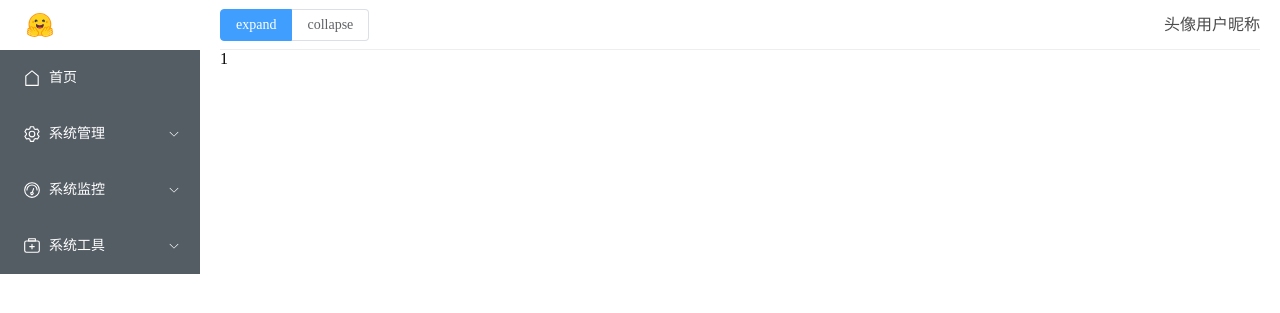
Repository: 202100202078/SignInBox
Page: /admin/system
These files come from the project's save history. The page is drawn as it stood at one moment and after the next save; the edit follows.
The browser window is 1280 px wide. The pictures show the whole page.
The project was rebuilt for these pictures with package versions that can differ from the ones it lists, and the page was loaded fresh each time. Also part of the build but not shown: vite.config.js, src/components/FilterLayout.vue, src/components/PageFooter.vue, src/components/TableLayout.vue, src/components/ToolTip.vue, src/assets/fonts/iconfont/iconfont.js, src/assets/style/variables.module.scss.

Above is the page before, as saved 2024-01-29 18:26:08.

After the next save:
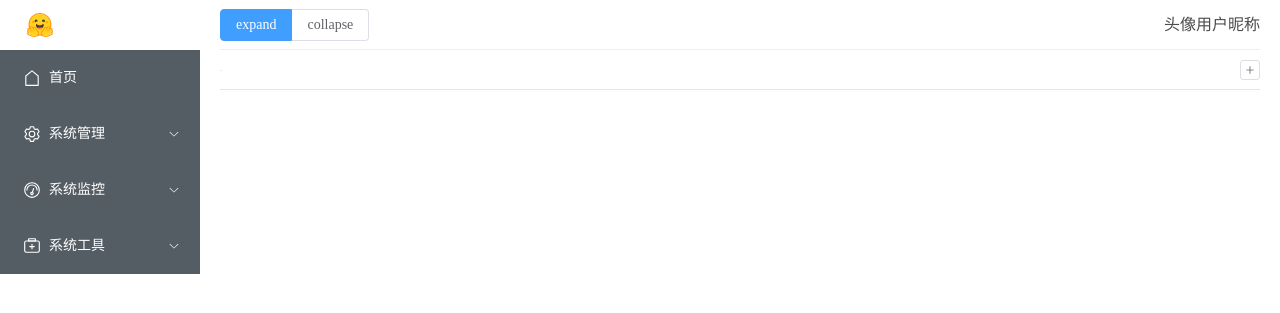
Saved 22 s later.
--- a/src/views/admin/layout/SystemPage.vue
+++ b/src/views/admin/layout/SystemPage.vue
@@ -195,7 +195,24 @@ onMounted(() => {
               </el-dropdown>
             </div>
           </div>
-          <div class="header-bottom">1</div>
+          <div class="header-bottom">
+            <el-tabs
+              v-model="editableTabsValue"
+              type="card"
+              editable
+              class="demo-tabs"
+              @edit="handleTabsEdit"
+            >
+              <el-tab-pane
+                v-for="item in editableTabs"
+                :key="item.name"
+                :label="item.title"
+                :name="item.name"
+              >
+                {{ item.content }}
+              </el-tab-pane>
+            </el-tabs>
+          </div>
         </el-header>
         <el-main>
           <router-view></router-view>
